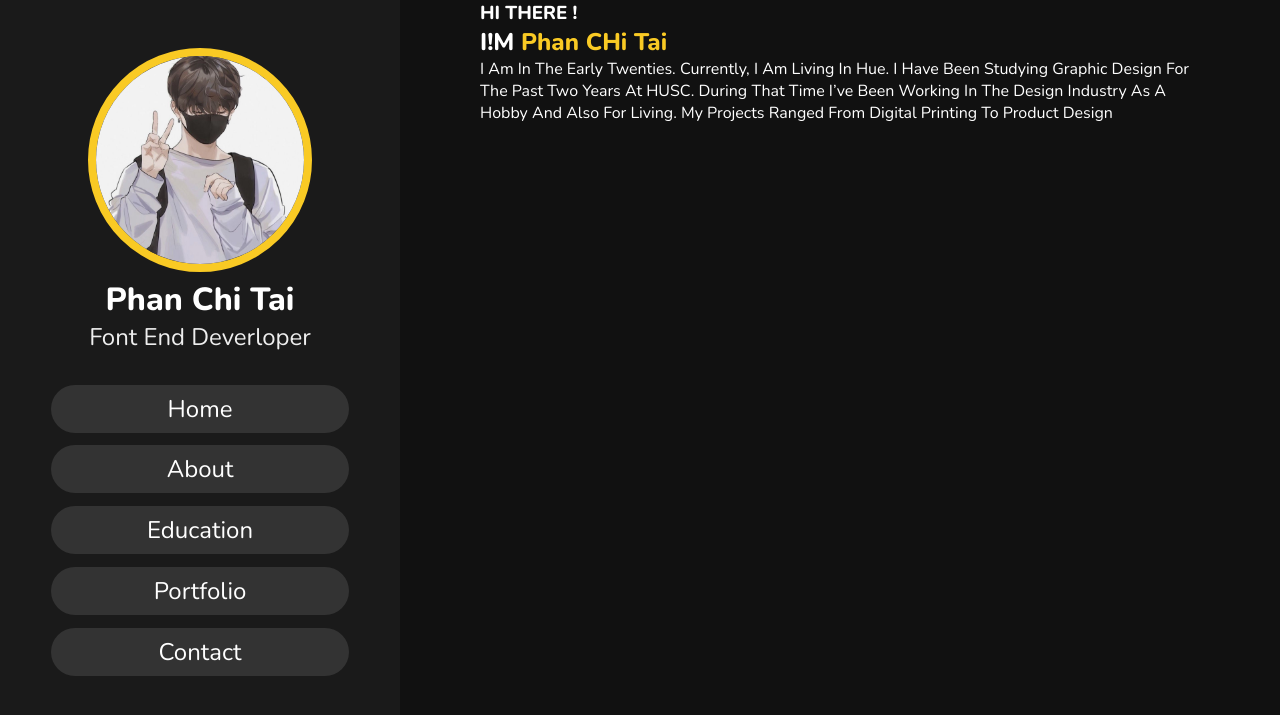
Repository: PCTai/My-profile
Page: index.html
An editor plug-in stored every save of this project. The page is shown before and after the next save, followed by the edit.
The browser window is 1280 px wide. The pictures show the whole page.

Above is the page before, as saved 2021-11-25 20:06:11.

After the next save:
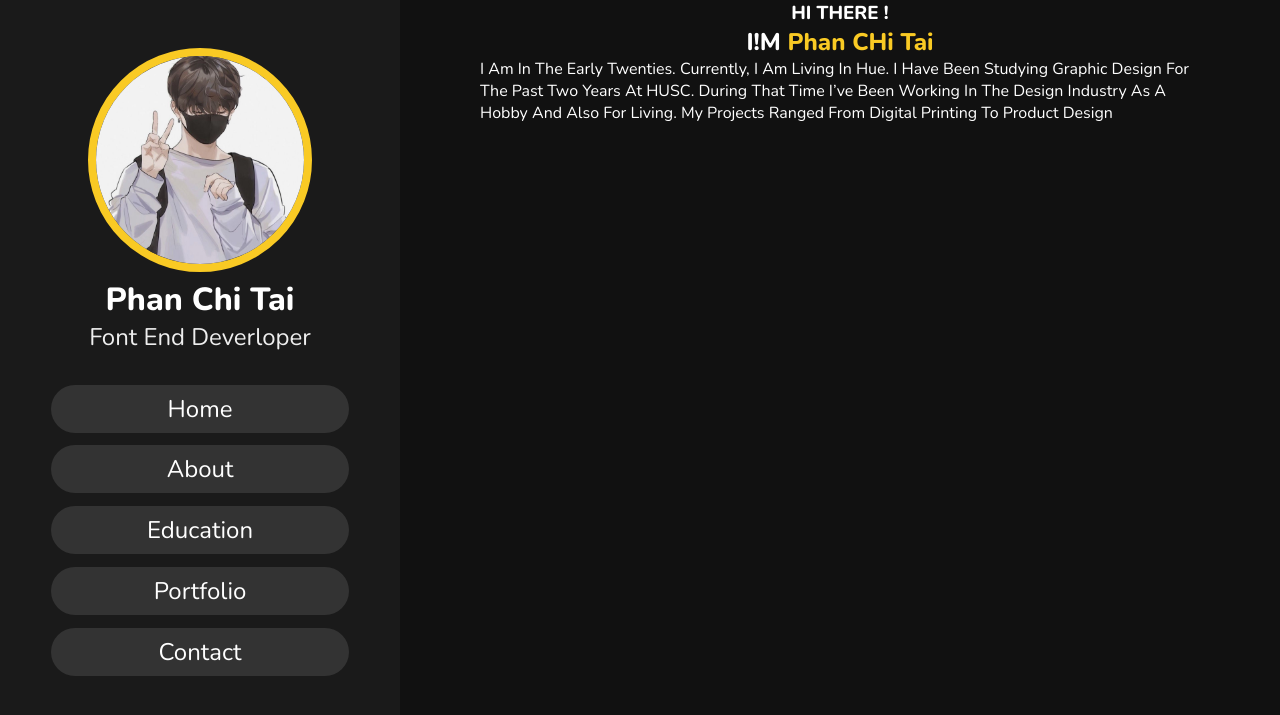
Saved 12 s later.
--- a/assets/css/style.css
+++ b/assets/css/style.css
@@ -101,7 +101,7 @@ header .navbar ul li a{
     cursor: pointer;
 }
 
-section{
+.home{
 
     color: #fff;
     padding: 0 5rem;
